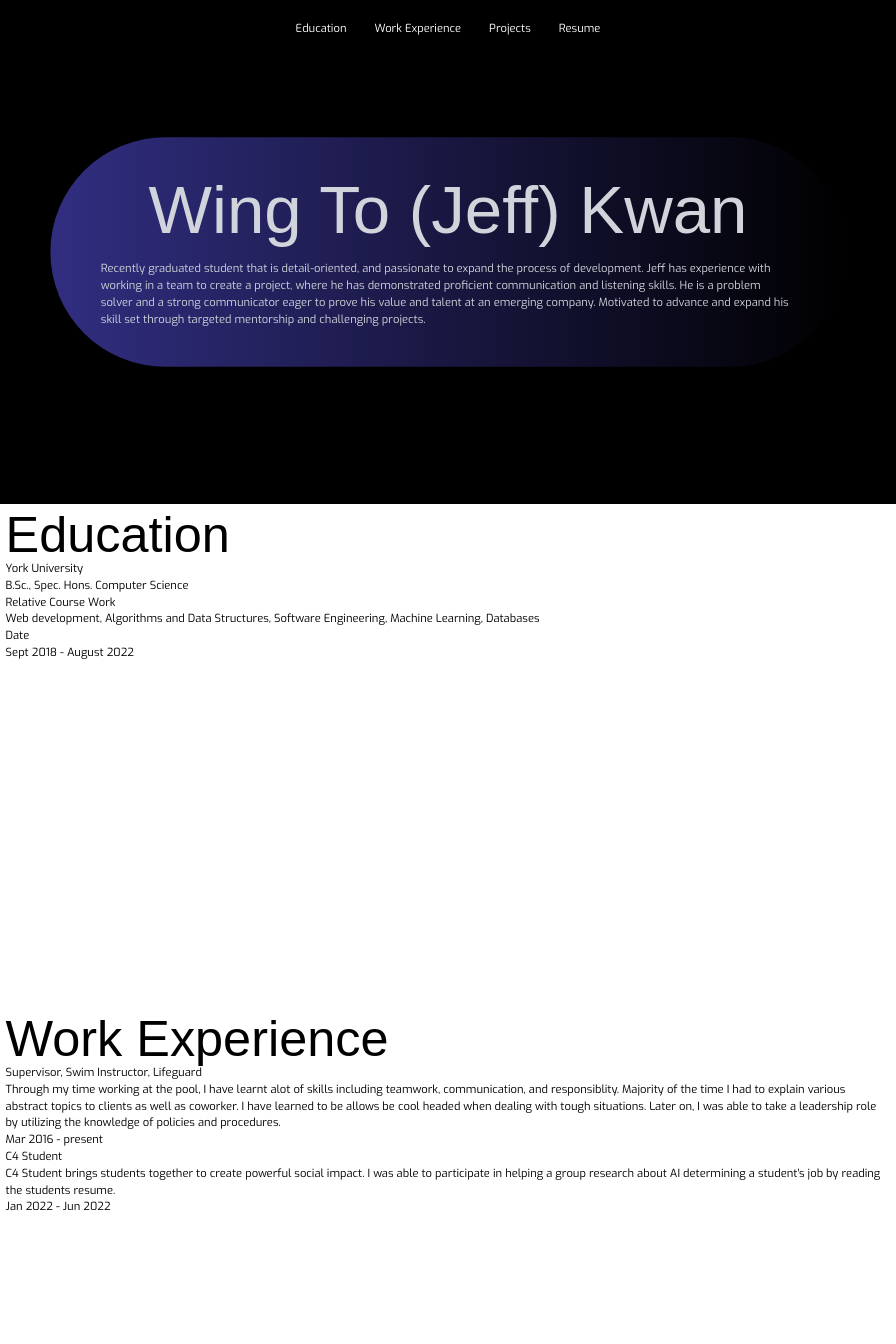
Repository: Jeffkw213/profile_website
Page: /
The author's editor kept a copy of each file at every save. The page is drawn from the files as they stood at one save, then again after the next save.
The browser window is 1280 px wide. The pictures show the part of the page from y = 0 to 1920 px (the page is 2960 px tall), at 70% of full size.
Some web fonts or font styles are not loaded; a fallback is used. The project was rebuilt for these pictures with package versions that can differ from the ones it lists, and the page was loaded fresh each time. Also part of the build but not shown: vite.config.js.

Above is the page before, as saved 2022-09-29 14:23:53.

After the next save:
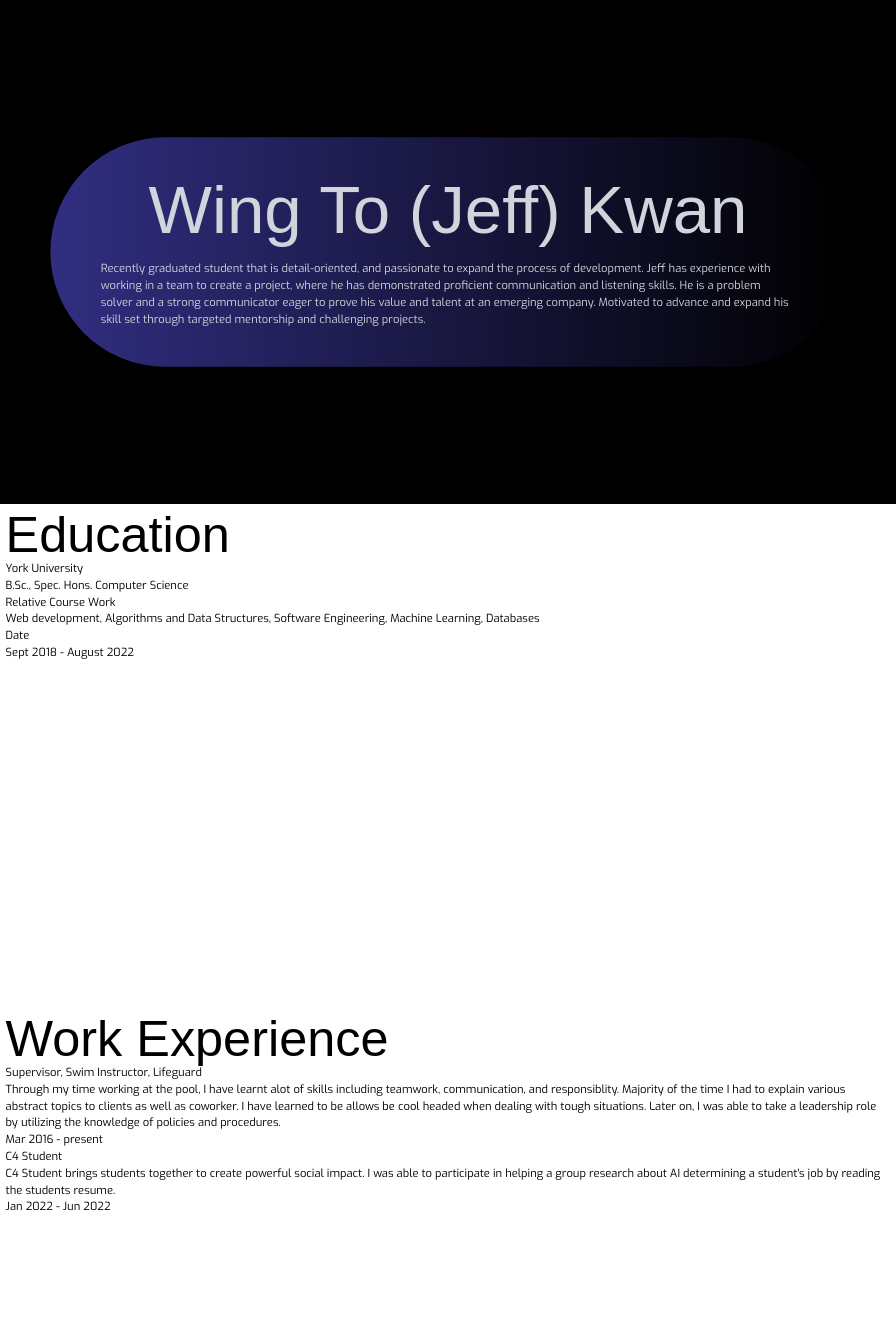
Saved 9 s later.
--- a/src/App.jsx
+++ b/src/App.jsx
@@ -8,7 +8,7 @@ import Navitop from './components/NavigationTop';
 const App = () => {
   return (
     <div className="snap-y m-0 p-0 box-border relative font-Exo min-w-[800] overflow-scroll">
-      <Navitop />
+      {/* <Navitop /> */}
       <Title {...records.Who} />
       <Education {...records.Education} />
       <Work employ={records.Employment} />
